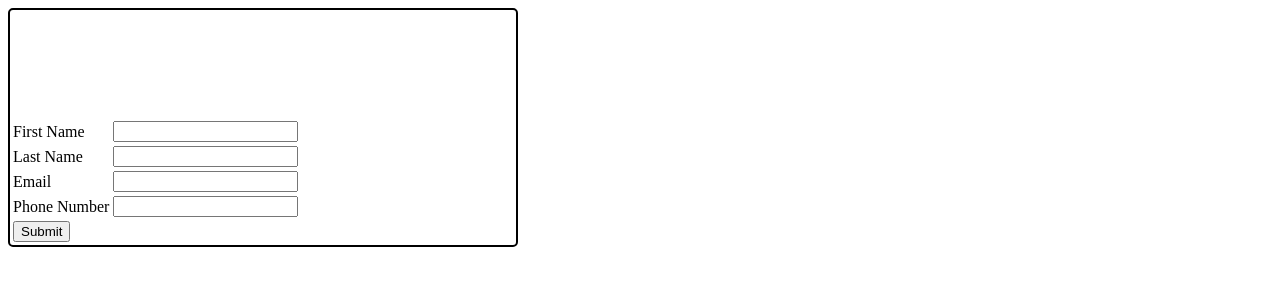
Repository: Jeevith-U/Advance-Java
Page: http://localhost/JSPTags/login1.jsp
The author's editor kept a copy of each file at every save. The page is drawn from the files as they stood at one save, then again after the next save.
The browser window is 1280 px wide. The pictures show the whole page.
The page is served by Tomcat 9.

Above is the page before, as saved 2023-08-19 04:12:11.

After the next save:
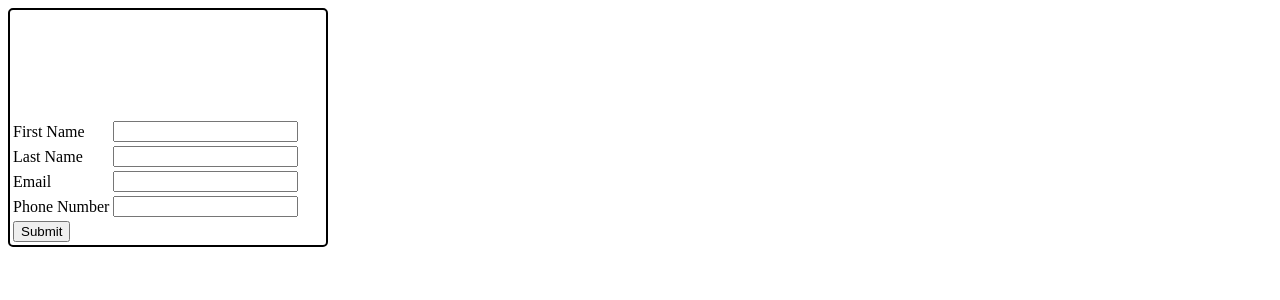
Saved 16 s later.
--- a/JSPTags/src/main/webapp/login1.jsp
+++ b/JSPTags/src/main/webapp/login1.jsp
@@ -7,7 +7,7 @@
 #table{
 border: 2px solid;
 border-radius: 5px ;
-width: 40%
+width: 25%;
 }
 </style>
 <meta charset="ISO-8859-1">
